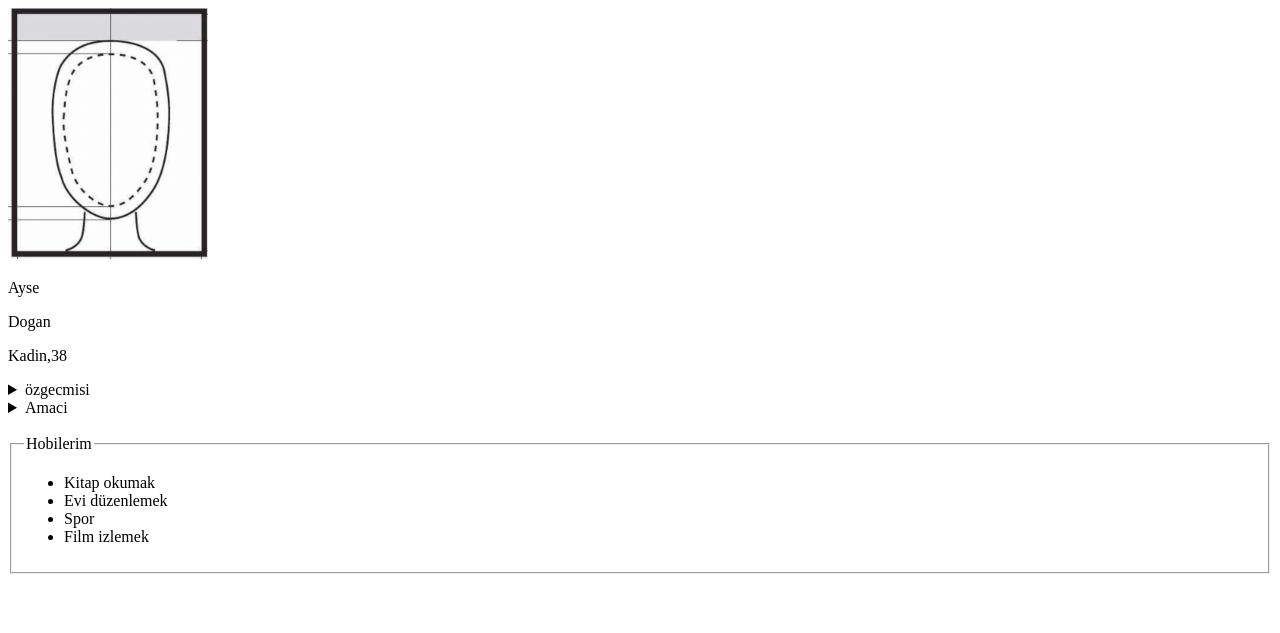
Repository: aysedo/html
Page: Week_2/profile/index.html
An editor plug-in stored every save of this project. The page is shown before and after the next save, followed by the edit.
The browser window is 1280 px wide. The pictures show the whole page.

Above is the page before, as saved 2021-08-25 23:21:39.

After the next save:
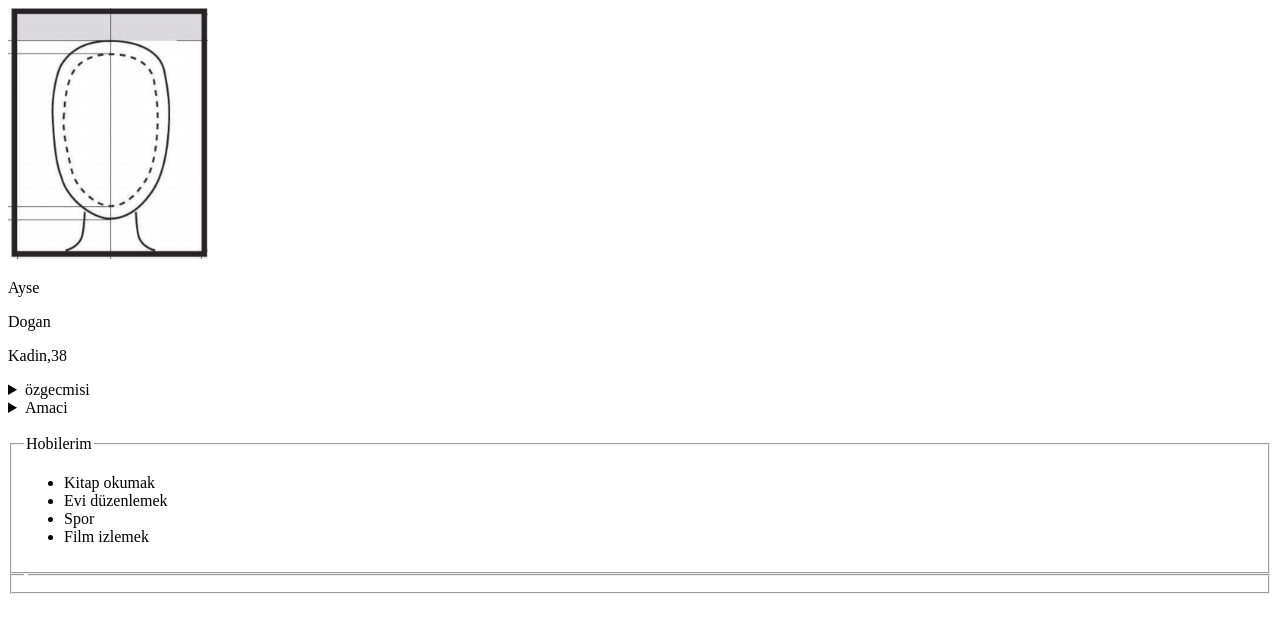
Saved 79 s later.
--- a/Week_2/profile/index.html
+++ b/Week_2/profile/index.html
@@ -38,9 +38,10 @@
                   <li>Spor</li>
                   <li>Film izlemek</li>
                 </ul>
-
               </fieldset>
-            </form>
+              <fieldset>
+                <legend> </legend>
+              </fieldset>
 
 
 
